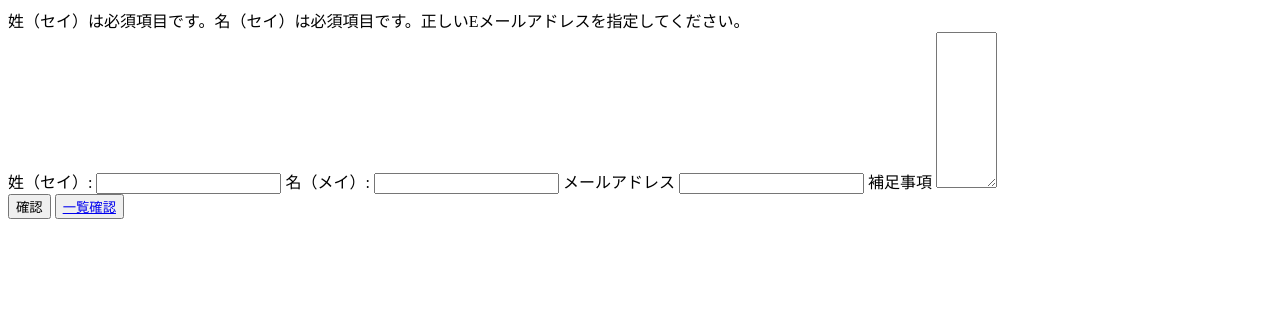
Repository: yoshiryoryo/phpform2
Page: http://localhost/validate.php
An editor plug-in stored every save of this project. The page is shown before and after a run of saves, followed by the edit.
The browser window is 1280 px wide. The pictures show the whole page.
The page is run by PHP 8.4 with error messages shown; the project is at /var/www/html/.

Above is the page before, as saved 2021-03-05 12:08:28.

After the next 2 saves:
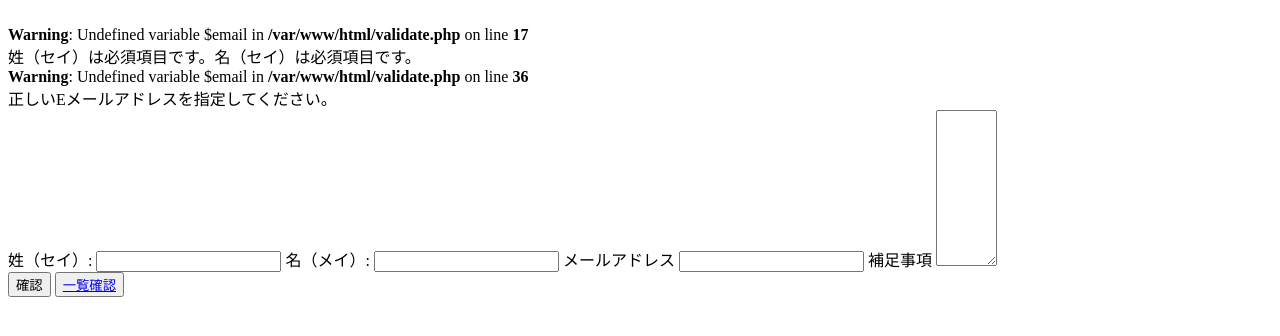
The 2 saves are shown as one change because they came seconds apart.
The last was saved 9 s later.
--- a/validate.php
+++ b/validate.php
@@ -12,7 +12,8 @@ $_SESSION['token'] = $token;
 
 // バリデーション
 // 使用する変数を初期化
-$name = '';
+$sei = '';
+$
 $email = '';
 $gender = '';
 $title = '';
